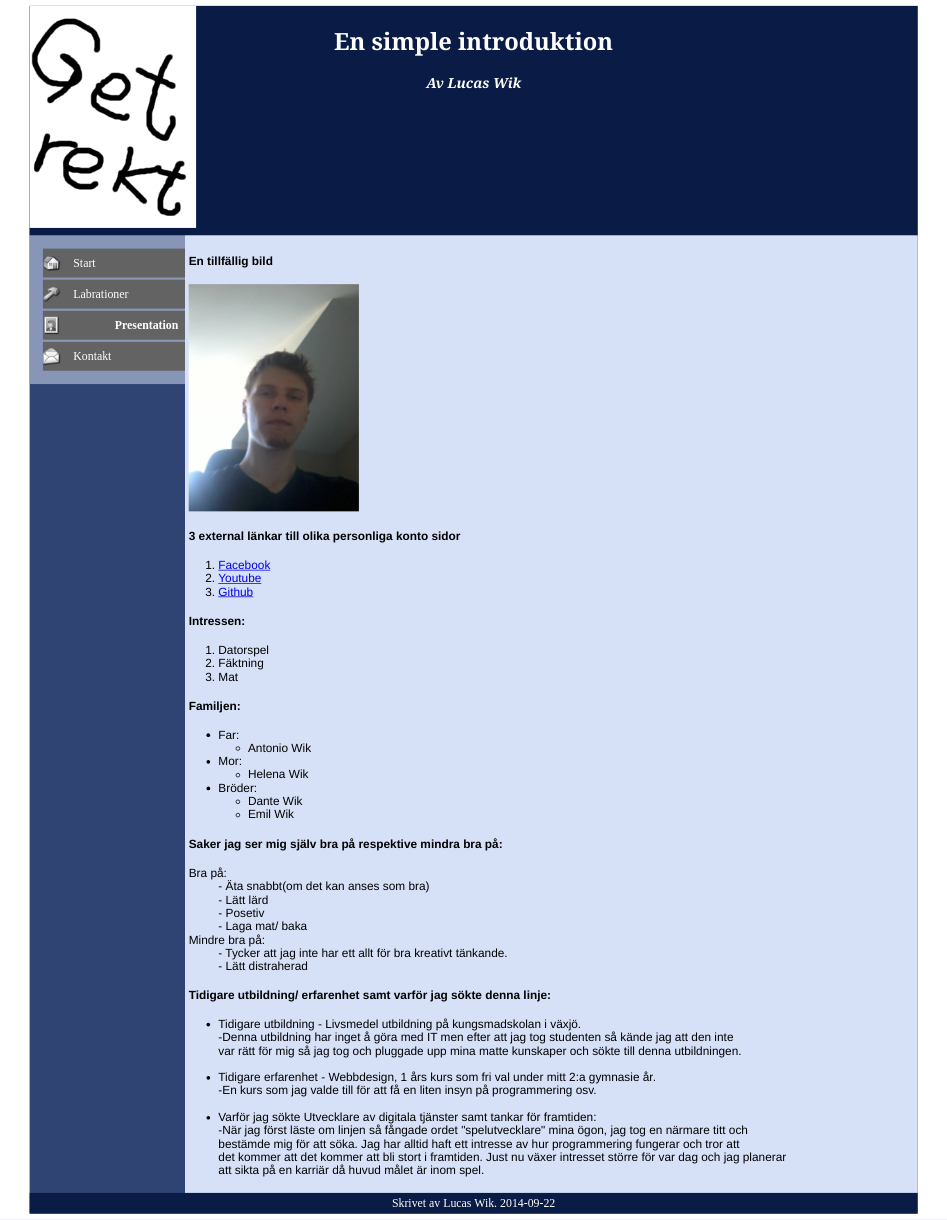
Repository: lw222gz/1ik415-laborationer
Page: Pages/presentation.html
The author's editor kept a record of every edit. The page is drawn from the files as they stood at one moment, then again after the next edit.
The browser window is 1280 px wide. The pictures show the whole page, at 74% of full size.

Above is the page before.

After the next edit:
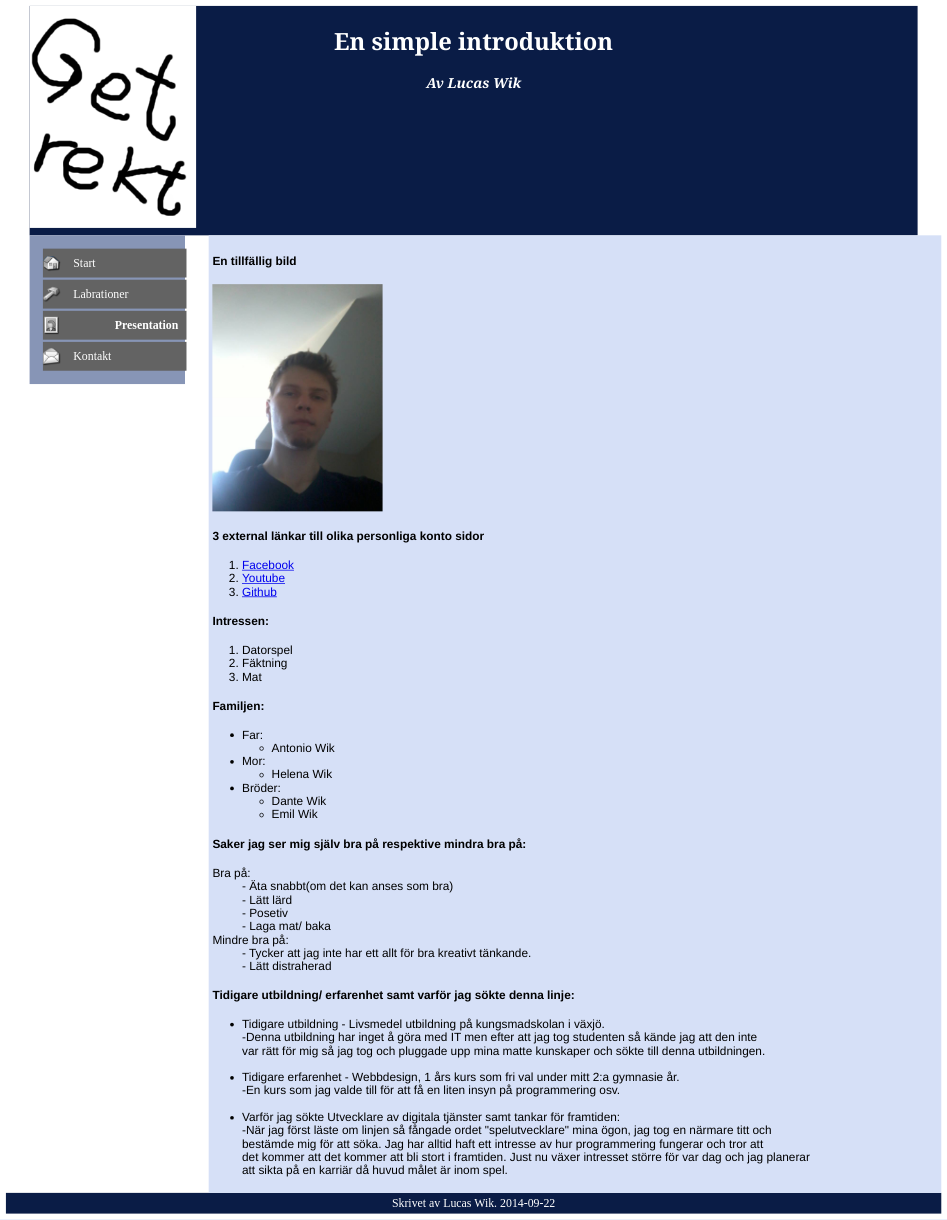
The edit:
--- a/Pages/presentation.html
+++ b/Pages/presentation.html
@@ -18,7 +18,7 @@
     <h3>Av Lucas Wik</h3>
 </header>
 
-<div id="navigator">
+<nav id="navigator">
     <ul>
         <li><a id="Start-icon" href="../index.html">Start</a></li>
         <li><a id="Labrationer-icon" href="labrationer.html">Labrationer</a></li>

After the edit that followed:
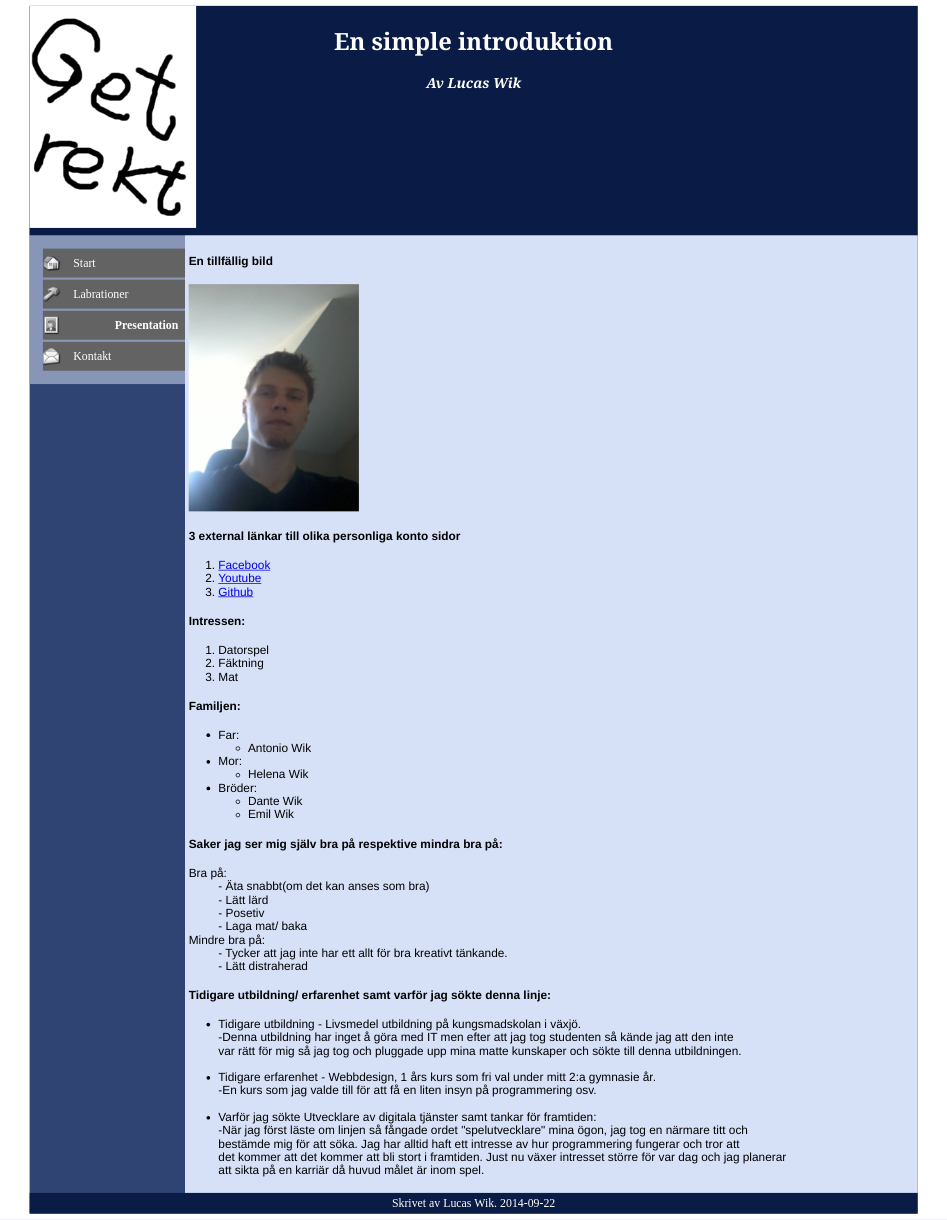
The edit:
--- a/Pages/presentation.html
+++ b/Pages/presentation.html
@@ -25,7 +25,7 @@
         <li class="active"><a id="Presentation-icon" href="presentation.html">Presentation</a></li>
         <li><a id="Kontakt-icon" href="kontakt.html">Kontakt</a></li>
     </ul>
-</div>
+</nav>
 
 <div id="content">
     <h4>En tillfällig bild</h4>
